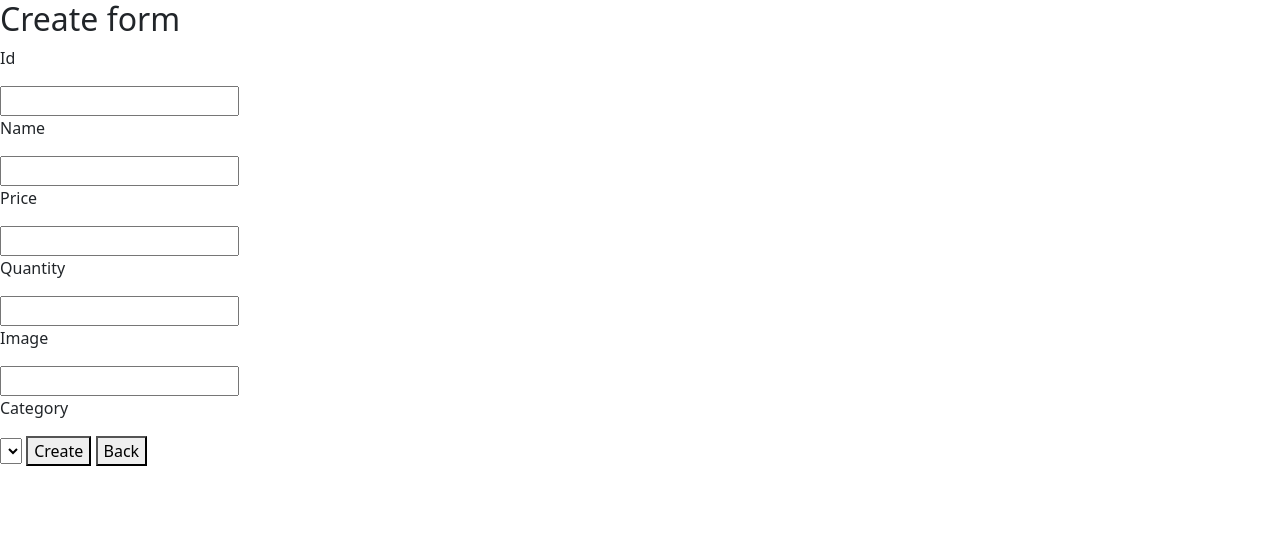
Repository: hongquan16101995/servlet-jw0124
Page: http://localhost/demo/products?action=createGet
An editor plug-in stored every save of this project. The page is shown before and after the next save, followed by the edit.
The browser window is 1280 px wide. The pictures show the whole page.
The page is served by Tomcat 9.

Above is the page before, as saved 2024-05-14 12:04:11.

After the next save:
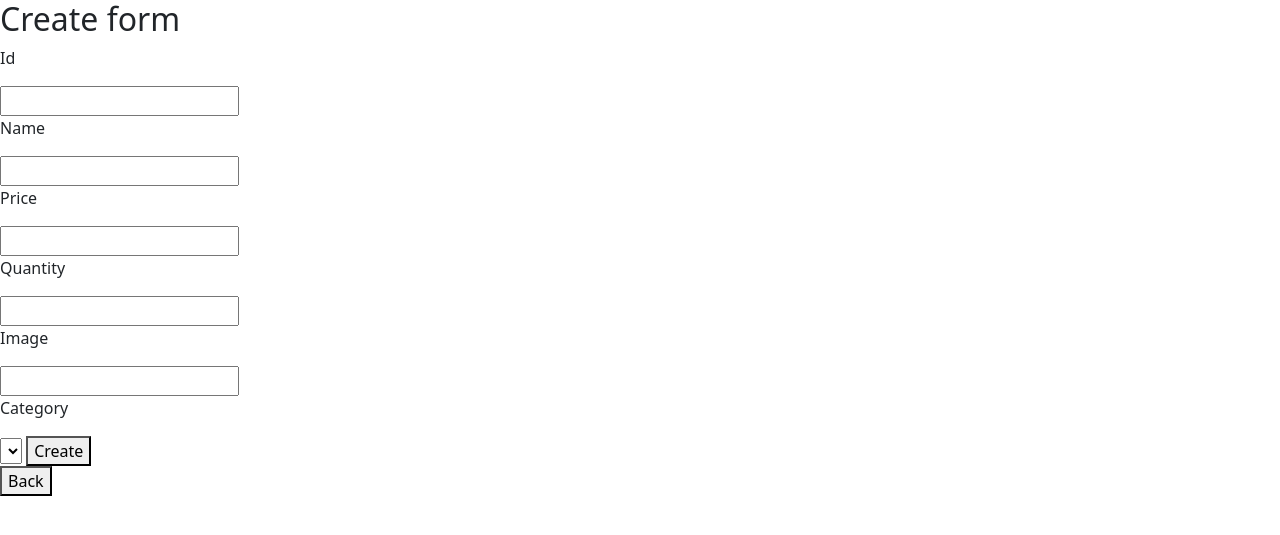
Saved 51 s later.
--- a/demo/src/main/webapp/product/create.jsp
+++ b/demo/src/main/webapp/product/create.jsp
@@ -29,7 +29,7 @@
 		</c:forEach>
 	</select>
 	<button type="submit">Create</button>
-	<a href="/demo/products"><button>Back</button></a>
-</form>
+
+</form><a href="/demo/products"><button>Back</button></a>
 </body>
 </html>
